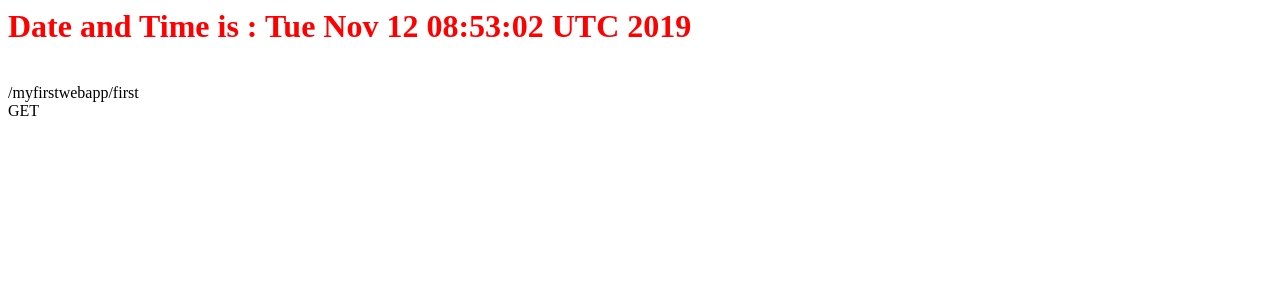
Repository: abhinavk718/servlet-project
Page: http://localhost/myfirstwebapp/first
These files come from the project's save history. The page is drawn as it stood at one moment and after the next save; the edit follows.
The browser window is 1280 px wide. The pictures show the whole page.
The page is served by Tomcat 9. Other server files are loaded and not shown.

Above is the page before, as saved 2019-11-13 11:46:08.

### myfirstwebapp/src/com/tyss/myfirstwebapp/servlets/MyFirstServlet.java
package com.tyss.myfirstwebapp.servlets;

import java.io.IOException;
import java.io.PrintWriter;
import java.util.Date;

import javax.servlet.ServletConfig;
import javax.servlet.ServletContext;
import javax.servlet.ServletException;
import javax.servlet.http.HttpServlet;
import javax.servlet.http.HttpServletRequest;
import javax.servlet.http.HttpServletResponse;

public class MyFirstServlet extends HttpServlet
{
/*   don't create constructor in servlet bcz it has public and zero parametrized constructor only
	public MyFirstServlet()
	{
		System.out.println("object created");
	}
*/
	@Override
	protected void doGet(HttpServletRequest req, HttpServletResponse resp) throws ServletException, IOException
	{
		ServletContext context=getServletContext();
		String companyName=context.getInitParameter("company-name");

		ServletConfig config=getServletConfig();
		String batchName=config.getInitParameter("batch-name");
		//PrintWriter p = new PrintWriter(""); should not create printwriter object like this
		PrintWriter out=resp.getWriter();
		resp.setContentType("text/html");
		out.println("<html>");
		out.println("<body>");

		Date date=new Date();
		out.println("<h1 style='color:red'>Date and Time is :");
		out.println(date.toString());
		out.println("</h1>");

		String url=req.getRequestURI();
		String method=req.getMethod();
		out.println("<br>");
		out.println(url);
		out.println("<br>");
		out.println(method);

		out.println("</body>");
		out.println("</html>");
	}//end of foGet
}//end of MyFirstServlet

After the next save:
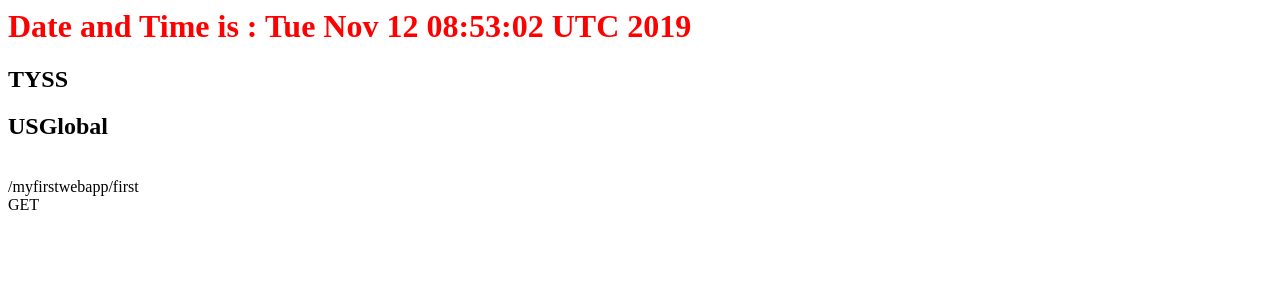
Saved 2 min 15 s later.
--- a/myfirstwebapp/src/com/tyss/myfirstwebapp/servlets/MyFirstServlet.java
+++ b/myfirstwebapp/src/com/tyss/myfirstwebapp/servlets/MyFirstServlet.java
@@ -38,6 +38,15 @@ public class MyFirstServlet extends HttpServlet
 		out.println(date.toString());
 		out.println("</h1>");
 
+		out.println("<h2>");
+		out.println(companyName);
+		out.println("</h2>");
+
+		out.println("<h2>");
+		out.println(batchName);
+		out.println("</h2>");
+
+
 		String url=req.getRequestURI();
 		String method=req.getMethod();
 		out.println("<br>");
